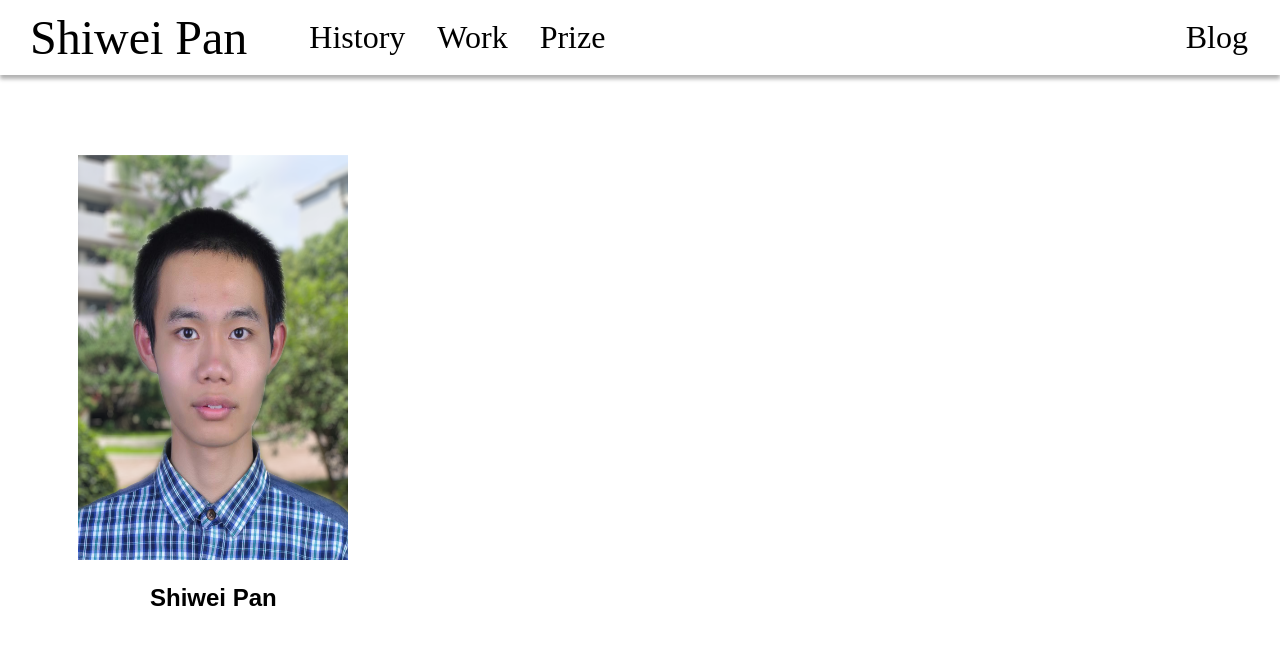
Repository: erikpsw/web
Page: new/psw.html
The author's editor kept a copy of each file at every save. The page is drawn from the files as they stood at one save, then again after the next save.
The browser window is 1280 px wide. The pictures show the whole page.

Above is the page before, as saved 2022-06-16 21:50:15.

### new/psw.html
<!DOCTYPE html>
<html>
<head>
<meta charset="utf-8">
<title>Shiwei Pan</title>
<link rel="stylesheet" type="text/css" href="styles.css">
</head>
<body class="body">
<nav id="start_box">
    <a class="nav" id="title" href="">Shiwei Pan</a>
    <a class="nav" href="" >History</a>
    <a class="nav" href="">Work</a>
    <a class="nav" href="">Prize</a>
    <a class="nav" id="myblog" target="_blank" href="https://erikpsw.github.io/">Blog</a>
</nav>
<section>
    <div id="profile">
        <img src="\pic\mine.png" id="mine">
        <h2 id="intro">Shiwei Pan</h2>
    </div>
</section>
</body>
</html>

### new/styles.css
#start_box
{
    background-color: whit;
    display:flex;
    box-shadow: 0 0.25rem 0.25rem 0 rgb(0 0 0 / 31%);
}

#title{
    text-decoration: none;
    font-family:"Times New Roman",Georgia,Serif;
    font-style:inherit;
    padding:10px 30px 10px;
    color:black;
    font-size: 3em;
}

.nav{
    text-decoration: none;
    font-family:"Times New Roman",Georgia,Serif;
    padding-left:1em;
    color:black;
    display: inline-flex;
    align-items: center;
    font-size: 2em;
}

.body{
    margin: 0%;
}

#myblog{
    margin-left: auto;
    padding-right: 1em;
}

#mine{
    width: 270px;
    height: 405px;
}

#profile{
    text-align: center;
    margin-top: 5em;
    max-width: 33.333%;
}

#intro{
    font-family: montserrat,sans-serif;
    text-align: center
}

After the next save:
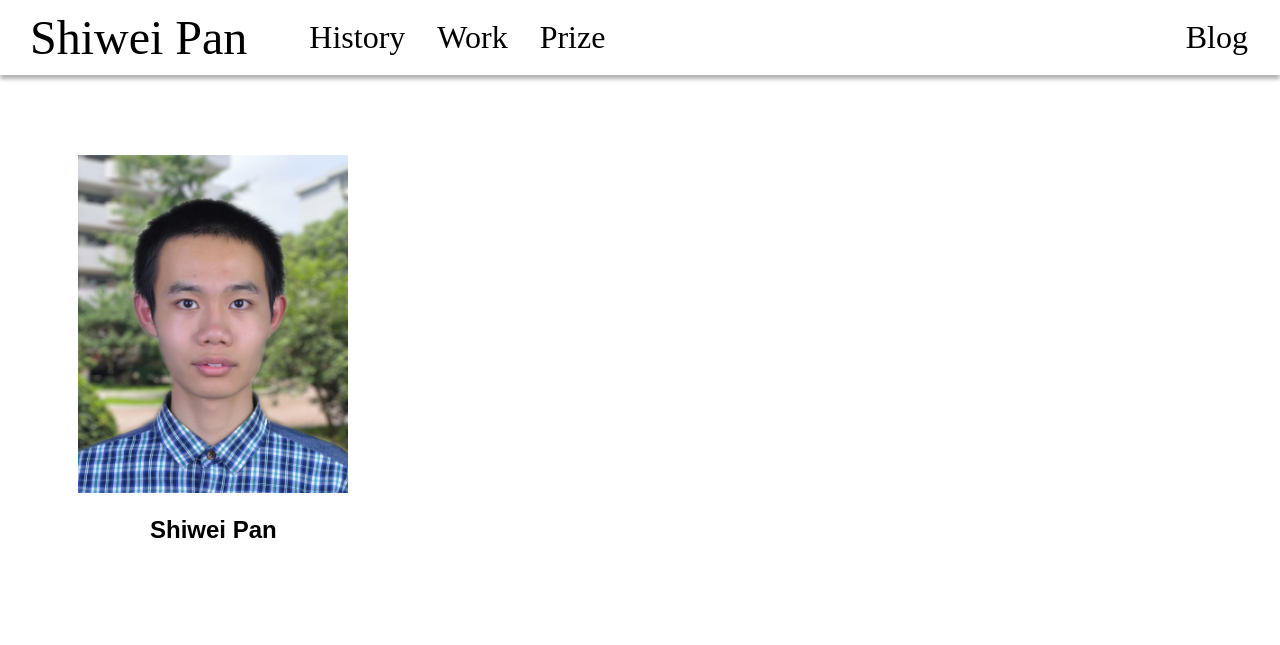
Saved 2 min 15 s later.
--- a/new/styles.css
+++ b/new/styles.css
@@ -35,7 +35,7 @@
 
 #mine{
     width: 270px;
-    height: 405px;
+    height: 337.5px;
 }
 
 #profile{
